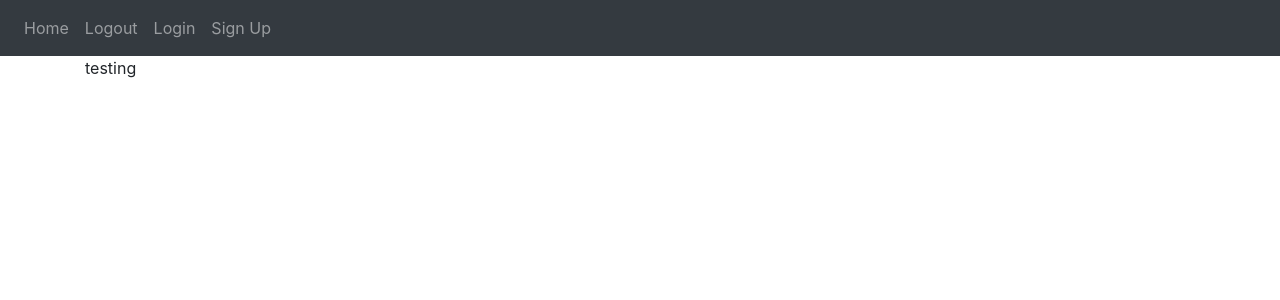
Repository: seafgomaa/userdashboard-flask
Page: http://localhost/login
An editor plug-in stored every save of this project. The page is shown before and after the next save, followed by the edit.
The browser window is 1280 px wide. The pictures show the whole page.
Some web libraries are served in a nearby version. The page is served by the project's application, run on Flask 3 (website/__init__.py). Other server files are loaded and not shown.

Above is the page before, as saved 2022-08-10 19:50:46.

### website/templates/login.html
{% extends "base.html" %}
{% block title %}Login{% endblock %}
{% block content %}
{{text}}
{% endblock %}

### website/templates/base.html
<!DOCTYPE html>
<html>

<head>
    <meta charset="utf-8" />
    <meta name="viewport" content="width=device-width, initial-scale=1" />
    <link rel="stylesheet" href="https://stackpath.bootstrapcdn.com/bootstrap/4.4.1/css/bootstrap.min.css"
        integrity="sha384-Vkoo8x4CGsO3+Hhxv8T/Q5PaXtkKtu6ug5TOeNV6gBiFeWPGFN9MuhOf23Q9Ifjh" crossorigin="anonymous" />
    <link rel="stylesheet" href="https://stackpath.bootstrapcdn.com/font-awesome/4.7.0/css/font-awesome.min.css"
        crossorigin="anonymous" />

    <title>{% block title %}Home{% endblock %}</title>
</head>

<body>
    <nav class="navbar navbar-expand-lg navbar-dark bg-dark">
        <button class="navbar-toggler" type="button" data-toggle="collapse" data-target="#navbar">
            <span class="navbar-toggler-icon"></span>
        </button>
        <div class="collapse navbar-collapse" id="navbar">
            <div class="navbar-nav">

                <a class="nav-item nav-link" id="home" href="/">Home</a>
                <a class="nav-item nav-link" id="logout" href="/logout">Logout</a>

                <a class="nav-item nav-link" id="login" href="/login">Login</a>
                <a class="nav-item nav-link" id="signUp" href="/signup">Sign Up</a>

            </div>
        </div>
    </nav>

    <div class="container">{% block content %} {% endblock %}</div>
    <script src="https://code.jquery.com/jquery-3.2.1.slim.min.js"
        integrity="sha384-KJ3o2DKtIkvYIK3UENzmM7KCkRr/rE9/Qpg6aAZGJwFDMVNA/GpGFF93hXpG5KkN"
        crossorigin="anonymous"></script>
    <script src="https://cdnjs.cloudflare.com/ajax/libs/popper.js/1.12.9/umd/popper.min.js"
        integrity="sha384-ApNbgh9B+Y1QKtv3Rn7W3mgPxhU9K/ScQsAP7hUibX39j7fakFPskvXusvfa0b4Q"
        crossorigin="anonymous"></script>
    <script src="https://maxcdn.bootstrapcdn.com/bootstrap/4.0.0/js/bootstrap.min.js"
        integrity="sha384-JZR6Spejh4U02d8jOt6vLEHfe/JQGiRRSQQxSfFWpi1MquVdAyjUar5+76PVCmYl"
        crossorigin="anonymous"></script>

    <script type="text/javascript" src="{{ url_for('static', filename='index.js') }}"></script>

</body>

</html>

### website/auth.py
from flask import Blueprint, render_template

auth = Blueprint('auth', __name__)


@auth.route('/login')
def login():
    return render_template('login.html', text='testing')


@auth.route('/logout')
def logout():
    return '<p>Logout</P>'


@auth.route('/signup')
def signup():
    return render_template('signup.html')

### website/__init__.py
from flask import Flask

def create_app():
    app = Flask(__name__)
    app.config['SECRET_KEY'] = 'seaf'

    from .views import views
    from .auth import auth
    app.register_blueprint(views, url_prefix = '/')
    app.register_blueprint(auth, url_prefix='/')

    return app

Loaded but not shown: website/static/index.js (no stored copy; drawn as an empty file)

After the next save:
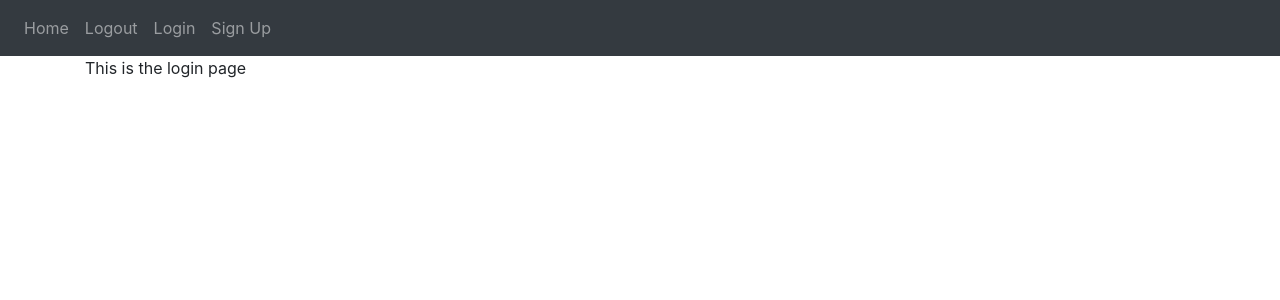
Saved 12 s later.
--- a/website/auth.py
+++ b/website/auth.py
@@ -5,7 +5,7 @@ auth = Blueprint('auth', __name__)
 
 @auth.route('/login')
 def login():
-    return render_template('login.html', text='testing')
+    return render_template('login.html', text='This is the login page')
 
 
 @auth.route('/logout')
